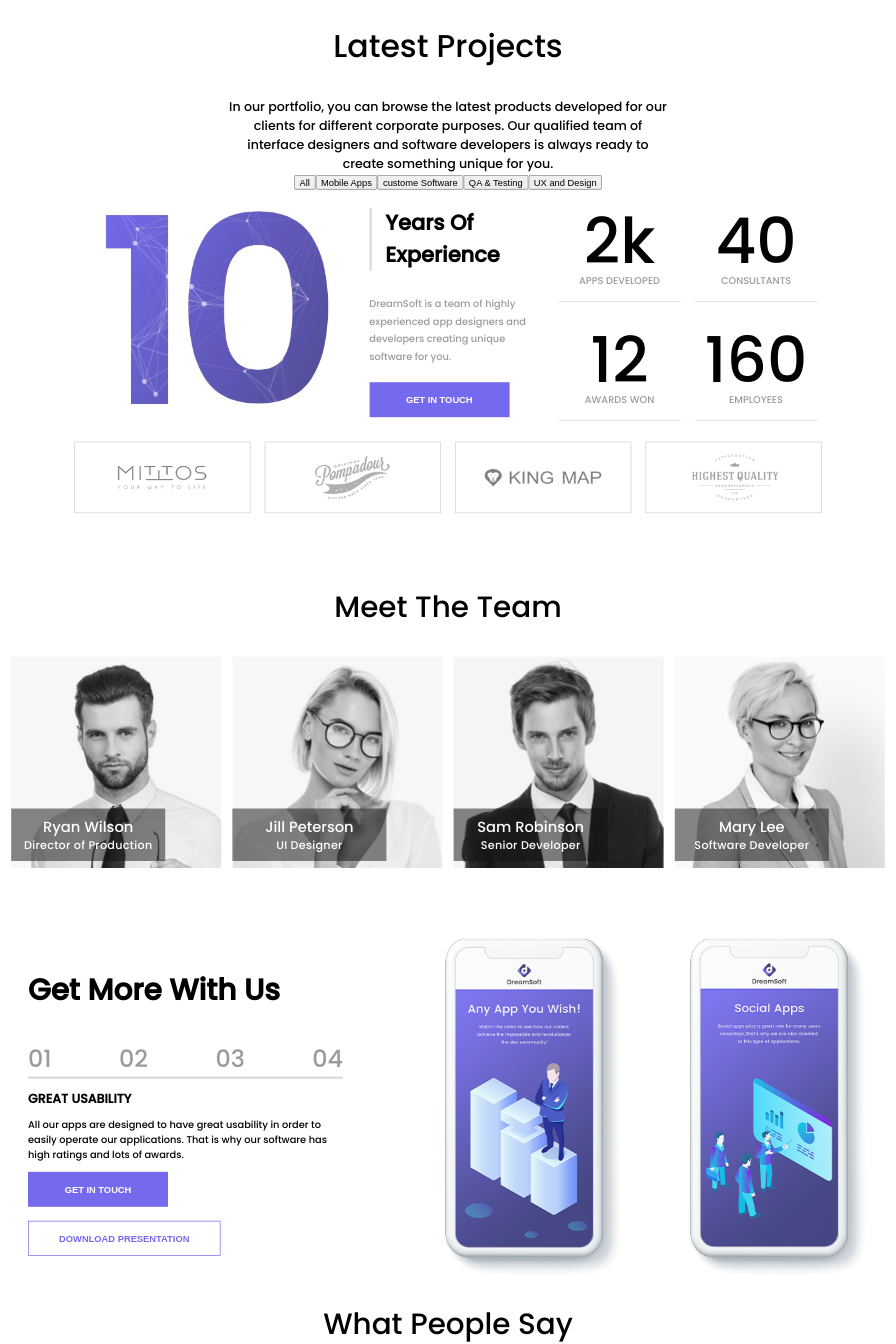
Repository: kkyler24/ladders-bootcamp-awesome
Page: index.html
An editor plug-in stored every save of this project. The page is shown before and after the next save, followed by the edit.
The browser window is 1280 px wide. The pictures show the part of the page from y = 1400 to 3320 px (the page is 6066 px tall before and 6319 px after), at 70% of full size.

Above is the page before, as saved 2021-03-20 09:56:45.

### index.html
<!DOCTYPE html>
<html lang="en">
  <head>
    <meta charset="UTF-8" />
    <meta name="viewport" content="width=device-width, initial-scale=1.0" />
    <link rel="stylesheet" href="style.css" />
    <link rel="stylesheet" href="kstyle.css" />
    <link rel="preconnect" href="https://fonts.gstatic.com">
    <link href="https://fonts.googleapis.com/css2?family=Poppins:wght@500&display=swap" rel="stylesheet">
    <title>Demo</title>
  </head>
  <body>
    <header></header>
    <nav class="container-nav">
      <a class="logopic">
        <img src="./img/jumbotron/logo-default-191x52.png" alt="MCLA LOGO"   height="63.99" width="220">
      </a>
      <div class="nav-link">
      <ul>
        <li class=" list-inline">
          <a href="./index.html">Home</a>
        </li>
        <li class="nav-item active list-inline">
          <a href="./index.html">About Us</a>
        </li>
        <li class="nav-item active list-inline">
          <a href="./index.html">Gallery</a>
        </li>
        <li class="nav-item active list-inline">
          <a href="./index.html">Pricing</a>
        </li>
        <li class="nav-item active list-inline">
          <a href="./index.html">Blog</a>
        </li>
      </ul>
    </div>
      <!-- <button></button> -->

    </nav>
    <!-- jumbotron 3 slides -->
    <div id="jumbotron" class="carousel">
      <!-- <ul class ="carousel-indicators">
          <li data-target="#carouselExampleCaptions" data-slide-to="0" class="active"></li>
          <li data-target="#carouselExampleCaptions" data-slide-to="1"></li>
          <li data-target="#carouselExampleCaptions" data-slide-to="2"></li>
          <li data-target="#carouselExampleCaptions" data-slide-to="3"></li>
      </ul> -->
      <div class="container-jumbo">
          <div class="carousel-item">
              <img id="jumboimgOne"src="./img/jumbotron/jess-bailey-q10VITrVYUM-unsplash.jpg"  alt="..." />
              <div class="jumboheadline">
                <h2 class="jumbotext">Mobile App Development</h2><br>
                  <div id="indext">
                    <p class="jumboPara"> Since our establishment, we have delivering high-quality and sutainable <br> software solutions for corporate purpose of worldwide business.</p>
                  </div>

              </div>
          </div>
          <!-- <div class="carousel-item">
              <img src="Assets/diversity2gether.jpg" class="d-block w-100" alt="..." />
              <div class="carousel-caption d-none d-md-block">
                  <h5>We Celebrate diversity</h5>
              </div>
          </div>
          <div class="carousel-item">
              <img src="Assets/womensrights.jpg" class="d-block w-100" alt="..." />
              <div class="carousel-caption d-none d-md-block">
                  <h5> We charise our choices</h5>
              </div>
          </div>
          <div class="carousel-item">
              <img src="Assets/climate.jpg" class="d-block w-100" alt="..." />
              <div class="carousel-caption d-none d-md-block">
                  <h5> We protect whats ours</h5>
              </div> -->
          </div>
      </div>
  </div>
  <!-- <a class="carousel-control-prev" href="#carouselExampleCaptions" role="button" data-slide="prev">
      <span class="carousel-control-prev-icon" aria-hidden="true"></span>
      <span class="sr-only">Previous</span>
  </a>
  <a class="carousel-control-next" href="#carouselExampleCaptions" role="button" data-slide="next">
      <span class="carousel-control-next-icon" aria-hidden="true"></span>
      <span class="sr-only">Next</span>
  </a> -->
</div>

    </section>

    <section class="all-service-section">
      <!-- see all services -->
          <div class="all-services-img">
            <img src="https://ld-wt73.template-help.com/wt_prod-18959/images/index-1-415x592.jpg" alt="" width="415" height="592">
          </div>

          <div class="all-services-container">

              <div class="corporate-solutions-block">
                <h3 class="all-services-h3">See All Services</h3>
                <button class="all-services-button">All Services</button>
              </div>
              <div class="corporate-solutions-block">
                <img src="./img/icon-phone.PNG" alt="">
                <h4 class="services-title-h4">CORPORATE SOLUTIONS</h4>
                <p class="corporate-solutions-text">Need specific software for your company? We are ready to develop it!</p>
              </div>
              <div class="corporate-solutions-block">
                <img src="./img/icon-headset.PNG" alt="">
                <h4 class="services-title-h4">CALL CENTER SOLUTIONS</h4>
                <p class="corporate-solutions-text">Our experts provide custom products of any complexity for call centers.</p>
              </div>
              <div class="corporate-solutions-block">
                <img src="./img/icon-cloud-box.PNG" alt="">
                <h4 class="services-title-h4">CLOUD DEVELOPMENT</h4>
                <p class="corporate-solutions-text">We can also offer you reliable cloud development solutions.</p>
              </div>

          </div>
    </section>

    <section id="sectThree">
      <!-- latest Projects -->
      <div class="latestPro">
        <h1 id="latestPro"> Latest Projects</h1>
        <p id="latestPara">In our portfolio, you can browse the latest products developed for our clients for different corporate purposes. Our qualified team of interface designers and software developers is always ready to create something unique for you.</p>
        <div id="latestRow">
         <div>
         </div>
         <div><button>All</button></div>
         <div><button>Mobile Apps</button></div>
         <div><button>custome Software</button></div>
         <div><button>QA & Testing</button></div>
         <div><button>UX and Design</button></div>
        </div>

      </div>
    </section>

    <section class="achievements-section">
      <!-- achievements -->
      <figure>
      <img src="./img/10.jpg" alt="Animated number ten" height="300" />
      </figure>
      <div class="years-of-experience-container">
        <h1>Years Of Experience</h1>
        <p>
          DreamSoft is a team of highly experienced app designers and developers
          creating unique software for you.
        </p>
        <button class="get-in-touch-button">Get in touch</button>
      </div>
      <div class="achievements-numbers-container">
        <div class="achievements-numbers-block">
          <h2>2k</h2>
          <p>APPS DEVELOPED</p>
        </div>
        <div class="achievements-numbers-block">
          <h2>40</h2>
          <p>CONSULTANTS</p>
        </div>
        <div class="achievements-numbers-block">
          <h2>12</h2>
          <p>AWARDS WON</p>
        </div>
        <div class="achievements-numbers-block">
          <h2>160</h2>
          <p>EMPLOYEES</p>
        </div>
      </div>
      <div class="logo-links-container">
        <figure>
          <img src="./img/clients-9-270x117.png" alt="Mittos Logo" >
        </figure>
        <figure>
          <img src="./img/clients-10-270x117.png" alt="Pompadour Logo" >
        </figure>
        <figure>
          <img src="./img/clients-3-270x117.png" alt="King Map Logo" >
        </figure>
        <figure>
          <img src="./img/clients-11-270x117.png" alt="Highest Quality Logo" >
        </figure>
      </div>
    </section>

    <section class="meet-the-team-section">
      <!-- meet the team -->
      <h2 class="meet-the-team-h2">Meet The Team</h2>

      <div class="meet-the-team-main-container">

          <div class="meet-team-block">
            <img src="./img/ryan-wilson.jpg" alt="">

            <div class="meet-team-text-block">
              <h4 class="meet-the-team-h4">Ryan Wilson</h4>
              <p class="meet-the-team-p">Director of Production</p>
            </div>
          </div>
          <div class="meet-team-block">
            <img src="./img/jill-peterson.jpg" alt="">

            <div class='meet-team-text-block'>
              <h4 class="meet-the-team-h4">Jill Peterson</h4>
              <p class="meet-the-team-p">UI Designer</p>
            </div>
          </div>
          <div class="meet-team-block">
            <img src="./img/sam-robinson.jpg" alt="">

            <div class='meet-team-text-block'>
              <h4 class="meet-the-team-h4">Sam Robinson</h4>
              <p class="meet-the-team-p">Senior Developer</p>
            </div>
          </div>
          <div class="meet-team-block">
            <img src="./img/mary-lee.jpg" alt="">

            <div class='meet-team-text-block'>
              <h4 class="meet-the-team-h4">Mary Lee</h4>
              <p class="meet-the-team-p">Software Developer</p>
            </div>
          </div>

      </div>
    </section>

    <section class="get-more-with-us-section">
      <!-- Get more with us -->
      <section class="get-more-with-us">
        <h1>Get More With Us</h1>
        <div class="numbers">
          <p>01</p>
          <p>02</p>
          <p>03</p>
          <p>04</p>
        </div>
        <h2>GREAT USABILITY</h2>
        <p class="get-more-about-project">
          All our apps are designed to have great usability in
          order to easily operate our applications.
          That is why our software has high ratings and lots of awards.
        </p>
        <button class="get-in-touch-button">Get in touch</button>
        <button class="download-presentation-button">Download presentation</button>
      </section>
      <img src="img/index-4-261x484.png" alt="Screen with Any App You Wish">
      <img src="img/index-5-261x484.png" alt="Screen with Socia Apps">
    </section>

    <section class="what-people-say-section">
      <!-- What People Say -->
      <h2 class="what-people-say-h2">What People Say</h2>

      <div class="what-people-say-main-container">

        <div class="client-container">
          <img src="./img/catherine-wilson.jpg" alt="">
          <div class="client-title">
            <h4 class="client-name-h4">Catherine Williams</h4>
            <p>Regular client</p>
          </div>
          <div class="client-body">
            <p class="client-body-p">DreamSoft offers a high caliber of resources skilled
            in Microsoft Azure .NET, mobile and Quality Assurance. They
            became our true business partners over the past three years.</p>
          </div>
        </div>
        <div class="client-container">
          <img src="./img/rupert-woods.jpg" alt="">
          <div class="client-title">
            <h4 class="client-name-h4">Rupert Wood</h4>
            <p>Regular client</p>
          </div>
          <div class="client-body">
            <p class="client-body-p">DreamSoft powered us with a competent team to develop
            products for banking services. The team has been delivering
            results within budget and time, which is amazing.</p>
          </div>
        </div>
        <div class="client-container">
          <img src="./img/samantha-brown.jpg" alt="">
          <div class="client-title">
            <h4 class="client-name-h4">Samantha Brown</h4>
            <p>Regular client</p>
          </div>
          <div class="client-body">
            <p class="client-body-p">DreamSoft is a highly skilled and uniquely capable
            firm with multitudes of talent on-board. We have
            results within budget and time, which is amazing.
            collaborated on a number of diverse projects that
            have been a great success.</p>
          </div>
        </div>

      </div>

    </section>

    <section class="latest-blog-posts-section">
      <h2 class="what-people-say-h2">Latest Blog Posts</h2>
      <div class="posts-container">
        <div class="post-block">
          <figure>
          <img class="post-cover" src="img/post-10-370x307.jpg">
          <img class="post-date-label" src="img/label.svg">
          <p class="post-label-date">07/04</p>
          </figure>
          <h4 class="block-post-h4">Benefits Of Async/Await</h4>
            <p class="blog-post-p">
            Asynchronous functions are a good and bad thing in JavaScript.
            The good side is that asynchronous functions are non-blocking and…
            </p>
        </div>
        <div class="post-block">
          <figure>
          <img class="post-cover" src="img/post-11-370x307.jpg">
          <img class="post-date-label" src="img/label.svg">
          <p class="post-label-date">07/17</p>
          </figure>
          <h4 class="block-post-h4">Key Considerations Of IPaaS</h4>
            <p class="blog-post-p">
              Digital transformation requires cloud appropriate adoption,
              legacy IT systems modernization, and Agile-based methodologies for faster…
            </p>
        </div>
        <div class="post-block">
          <figure>
          <img class="post-cover" src="img/post-12-370x307.jpg">
          <img class="post-date-label" src="img/label.svg">
          <p class="post-label-date">07/22</p>
          </figure>
          <h4 class="block-post-h4">Hibernate Query Language</h4>
            <p class="blog-post-p">
              In this tutorial, we will discuss the
              Hibernate Query Language. HQL is an object-oriented query language.
              Hibernate Query...
            </p>
        </div>
      </div>
    </section>

    <footer>
      <!-- contacts and info -->
      <section class="footer-contacts">
        <img src="img/logo-inverse-191x52.png" alt="DreamSoft Logo">
        <p class="about-company">
          Our company has been developing high-quality and reliable software
          for corporate needs since 2008. We are renowned professionals of
          software development.</p>
        <div class="address-block-container">
          <div class="one-contact-block">
            <h2>ADDRESS</h2>
            <p>4730 Crystal Springs Dr, Los Angeles, CA 90027</p>
          </div>
          <div class="one-contact-block">
            <h2>PHONES</h2>
            <p>
              <span class="changing-color">+1 323-913-4688</span>
              <span>,</span>
              <span class="changing-color">+1 323-888-4554</span>
            </p>
          </div>
          <div class="one-contact-block">
            <h2>E-MAILS</h2>
            <p>
              <span>info@demolink.org</span>
              <span>,</span>
              <span>mail@demolink.org</span>
            </p>
          </div>
          <div class="social-media-links-container">
            <img src="img/iconfinder_Circled_Facebook.svg" alt="Facebook Icon">
            <img src="img/iconfinder_Circled_Instagram.svg" alt="Facebook Icon">
            <img src="img/iconfinder_Circled_Linkedin.svg" alt="Facebook Icon">
            <img src="img/iconfinder_Circled_Twitter.svg" alt="Facebook Icon">
          </div>
        </div>
      </section>
      <form class="contact-form">
        <h1>Questions? Contact Us</h1>
        <input class="input-field-1" type="text" id="name" name="name" placeholder="Name"><br>
        <input class="input-field-1" type="text" id="email" name="email" placeholder="Email"><br>
        <input class="input-field-2" type="text" id="message" name="message" placeholder="Message"><br>
        <button class="send-message-button">Send message</button>
      </form>
      <section class="what-we-offer">
        <h1>What We Offer</h1>
        <div class="what-we-offer-container">
            <figure class="what-we-offer-item">
              <p>DB Management</p>
              <figure class="triangle"></figure>
            </figure>
            <figure class="what-we-offer-item">
              <p>IOS/MacOS</p>
              <figure class="triangle"></figure>
            </figure>
            <figure class="what-we-offer-item">
              <p>Android Apps</p>
              <figure class="triangle"></figure>
            </figure>
            <figure class="what-we-offer-item">
              <p>Windows Apps</p>
              <figure class="triangle"></figure>
            </figure>
            <figure class="what-we-offer-item">
              <p>UX/UI Apps</p>
              <figure class="triangle"></figure>
          </figure>
        </div>
        </section>
      </footer>
  </body>
</html>

### kstyle.css
html, body{
  overflow-x: hidden;


}

/* Navbar git  */
.container-nav {
  display: flex;
}

.list-inline {
  display: inline;
  list-style-type: none;
  padding-right: 10px;
  font-family: Georgia, "Times New Roman", Times, serif;
}

a.logopic {
  flex-flow: row;
  flex-grow: 3;
}

ul.li.a {
  font-family: "Poppins", sans-serif;
  font-weight: 500;
  color: black;
}

/* Jumbotron */
.jumboPara {
  text-align: center;
}

.jumbotron .container-jumbo {
  max-width: 100%;
  background-color: #222;
}

#jumbotron {
  padding: 30px 0px 30px 0px;
  max-width: 100%;
  text-align: center;
  background-color: transparent;
  overflow: hidden;
  font-family: "Raleway", Helvetica, Arial, sans-serif;
}

.container-jumbo {
  display: flex;
  width: 100%;
  margin: 0 auto;
  height: 561px;
}

.jumbotext {
  color: rgb(2, 2, 2);
  font-weight: 600;
  text-transform: uppercase;
  font-size: 60px;
}

.jumboheadline {
  display: flex;
  flex-direction: column;
  height: 506px;
  justify-content: flex-end;
}

#jumboimgOne {
  z-index: 0;
  position: absolute;
  display: flex;
  /* flex-grow: 1; */
  width: 100%;
  overflow-x: hidden;
}

.carousel-item {
  width: 100%;
}

.carousel-item,
.jumbotext,
#indext {
  position: relative;
  z-index: 2;
}

/* latest Section */

#sectThree{
  display: flex;
  font-family: "Poppins", sans-serif;
  text-align: center;
}

#latestPara{
 font-size: 18px;
 margin: auto 25% auto 25%;
}

#latestPro{
  font-size: 45px;
  font-weight: lighter;
}

#latestRow{
display: flex;
/* flex-direction: row; */
justify-content: center;

}

Loaded but not shown: style.css (628 lines, source omitted)

After the next save:
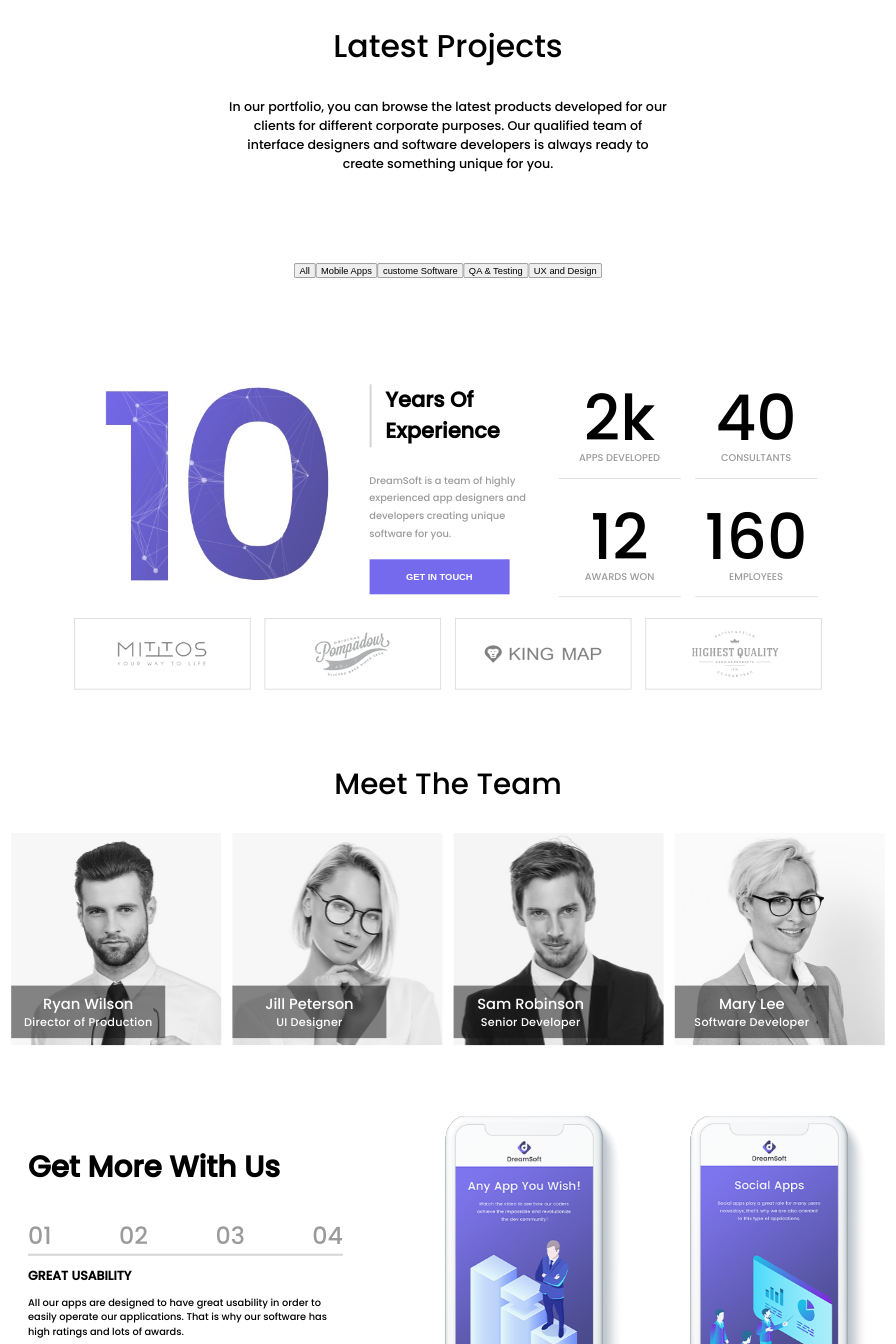
Saved 5 min 0 s later.
--- a/kstyle.css
+++ b/kstyle.css
@@ -107,7 +107,8 @@ ul.li.a {
 
 #latestRow{
 display: flex;
-/* flex-direction: row; */
 justify-content: center;
+margin-top: 10%;
+margin-bottom: 10%;
 
 }
